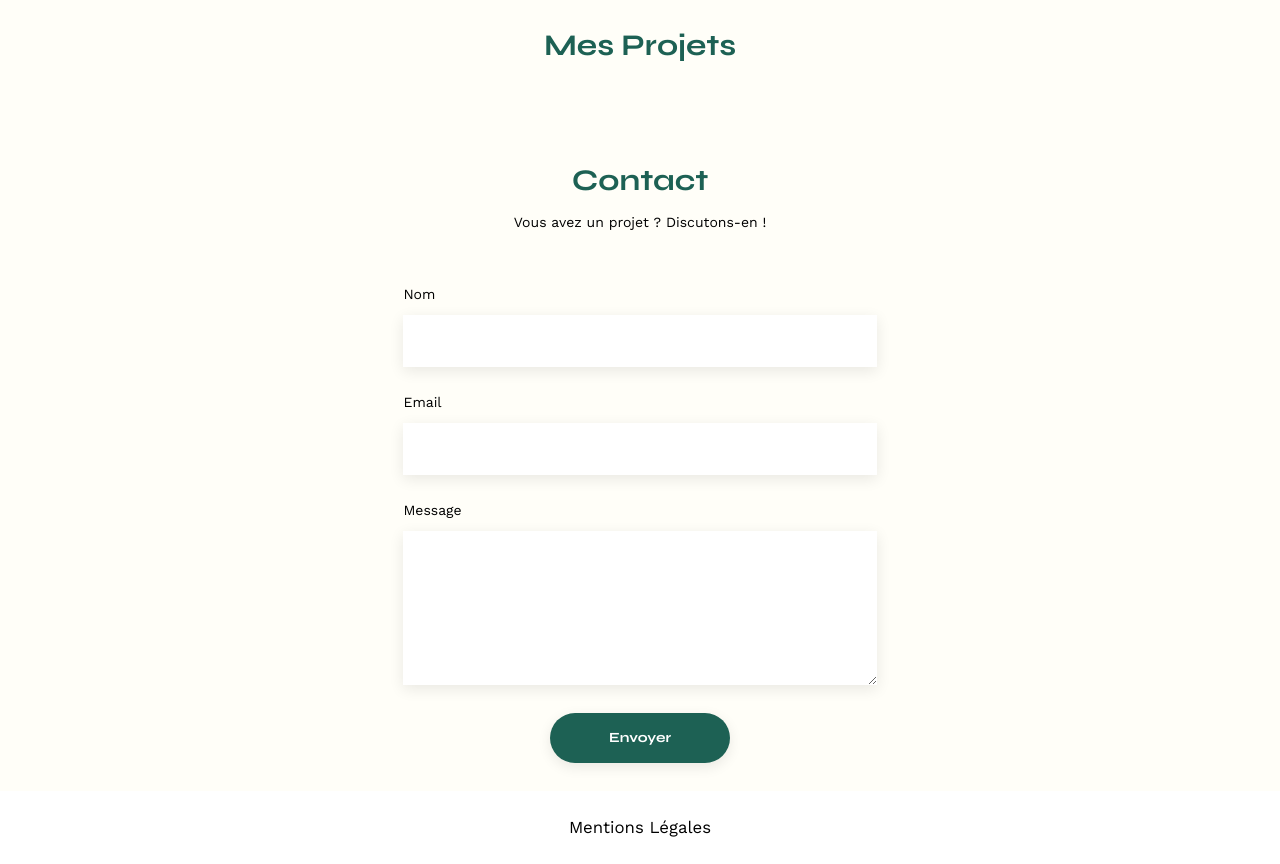
Repository: moopits/p6
Page: FrontEnd/index.html
The author's editor kept a copy of each file at every save. The page is drawn from the files as they stood at one save, then again after a run of saves.
The browser window is 1280 px wide. The pictures show the part of the page from y = 486 to 1350 px (the page is 1350 px tall).
A picture or video elsewhere on the page could not be fetched, so the positions and the page height are approximate. The page's requests for data from a server got no answer.

Above is the page before, as saved 2024-02-16 04:20:20.

### FrontEnd/index.html
<!DOCTYPE html>

<html lang="fr">

<head>
	<meta charset="UTF-8">
	<title>Sophie Bluel - Architecte d'intérieur - Index</title>
	<meta name="viewport" content="width=device-width, initial-scale=1.0">
	<link rel="preconnect" href="https://fonts.googleapis.com">
	<link rel="preconnect" href="https://fonts.gstatic.com" crossorigin>
	<link href="https://fonts.googleapis.com/css2?family=Syne:wght@700;800&family=Work+Sans&display=swap"
		rel="stylesheet">
	<link rel="icon" type="image/png" href="./assets/icons/instagram.png">
	<link rel="stylesheet" href="https://cdnjs.cloudflare.com/ajax/libs/font-awesome/6.5.1/css/all.min.css"
		integrity="sha512-DTOQO9RWCH3ppGqcWaEA1BIZOC6xxalwEsw9c2QQeAIftl+Vegovlnee1c9QX4TctnWMn13TZye+giMm8e2LwA=="
		crossorigin="anonymous" referrerpolicy="no-referrer">
	<meta name="description" content="">
	<link rel="stylesheet" href="./assets/style.css">
</head>

<body>
	<div id="index_html_bkg">
		<div class="setBlackAdmin showOn">
			<span class="fontSize16"><i class="fa-regular fa-pen-to-square"></i>Mode édition</span>
		</div>
		<div id='index_html_bkg_site'>

			<header class="setHeader">
				<div class="setTitleNav">
					<h1>Sophie Bluel <span>Architecte d'intérieur</span></h1>
					<nav>
						<ul>
							<li><a href="#portfolio">projets</a></li>
							<li><a href="#contact">contact</a></li>
							<li><a id="loginA" class="clic_l_logOut" href="./html/loginAdmin.html"
									target="_self">login</a></li>
							<li><img id="iconSize" src="./assets/icons/instagram.png" alt="Instagram"></li>
						</ul>
					</nav>
				</div>
			</header>
			<main id="mainCenter">
				<!--SECTION introduction/presentation-->
				<section id="introduction">
					<figure>
						<img src="./assets/images/sophie-bluel.png" alt="">
					</figure>
					<article>
						<h2>Designer d'espace</h2>
						<p>Je raconte votre histoire, je valorise vos idées. Je vous accompagne de la conception à la
							livraison
							finale du chantier.</p>
						<p>Chaque projet sera étudié en commun, de façon à mettre en valeur les volumes, les matières et
							les
							couleurs dans le respect de l’esprit des lieux et le choix adapté des matériaux. Le suivi du
							chantier sera assuré dans le souci du détail, le respect du planning et du budget.</p>
						<p>En cas de besoin, une équipe pluridisciplinaire peut-être constituée : architecte DPLG,
							décorateur(trice)</p>
					</article>
				</section>
				<!--SECTION affichage button & gallery-->
				<section id="portfolio">
					<div class="containerProjets">
						<h2>Mes Projets</h2>
						<span class="showOn">
							<i class="fa-regular fa-pen-to-square"></i>
							<button id="clic_b_modifier" class="decoButton fontSize14">modifier</button>
						</span>
					</div>
					<!--affichage button-->
					<div class="containerButtons">
					</div>
					<!--affichage gallery-->
					<div class="gallery showFigCaption">
					</div>
				</section>
				<!--SECTION FORMULAIRE CONTACT-->
				<section id="contact">
					<h2>Contact</h2>
					<p>Vous avez un projet ? Discutons-en !</p>
					<form action="#" method="">
						<label for="name">Nom</label>
						<input type="text" name="name" id="name" autocomplete="off">
						<label for="email">Email</label>
						<input type="email" name="email" id="email" autocomplete="off">
						<label for="message">Message</label>
						<textarea name="message" id="message" cols="30" rows="10"></textarea>
						<input type="submit" value="Envoyer">
					</form>
				</section>
				<!--FENETRE MODAL-->
				<dialog id="modal" class="modal">
					<div class="modal-main">
						<button id="modal-btn-arrow"><i class="fa-solid fa-arrow-left styleArw"></i></button>
						<!-- display NONE-->
						<button id="modal-btn-close"><i class="fa-solid fa-xmark sizeCls "></i></button>
						<h2>Galerie photo</h2> <!-- DOM modif-->
						<section id="modal-body">
							<div id="modal-section-div-1" class="gallery">
							</div>
							<div id="modal-section-div-2">
								<form id="sendWorkForm" class="style-form">
									<div class="modal-style-2">
										<i id="icon-img" class="fa-regular fa-image icon-img-size"></i>
										<label id="label-input-file" class="styleFontShape2" for="file-upload">+ Ajouter
											photo</label>
										<input id="file-upload" type="file">
										<img id="preview" alt="file uploaded">
										<span class="textSpanBtnGrey">jpg, png : 4mo max</span>
									</div>
									<label for="title">Titre</label>
									<input type="text" id="title" placeholder="Titre">
									<label for="select-option">Catégories</label>
									<select id="select-option">
									</select>
									<hr>
									<input id="modal-btn-valider" class="styleFontShape" type="submit" value="Valider">
								</form>
							</div>
							<!-- fin de formulaire modal 2-->
							<div id="display-btn-hr" class="display-btn-hr">
								<hr>
								<button id="modal-btn-ajouter" class="styleFontShape">Ajouter une photo</button>
							</div>
						</section>
					</div>
				</dialog>
				<!--FENETRE MODAL DELETE OUI/NON CONFIRME-->
				<dialog id="modalDialogBkgGrey">
					<div id="modalDialogBkgGrey_realModal">
						<h1 id="styleH1Dialog">Confirmer Suppression</h1>
						<div class="styleDivDialog">
							<button id="oui" class="styleButtDialog">oui</button>
							<button id="non" class="styleButtDialog non">non</button>
						</div>
					</div>
				</dialog>

				<!--<section id="modal2-form" class="modal2-form-display">
					<form id="sendWorkForm" action="http://localhost:5678/api/categories" method="post">
						<label for="name">Titre</label>
						<input type="text" name="nom" placeholder="Nnom du fichier">
						<select name="choix">
							<option value="1">choix 1</option>
							<option value="2">Choix 2</option>
							<option value="3">Choix 3</option>
						</select>
						<input type="submit" value="Valider">
					</form>
				</section>-->

			</main>
		</div>
	</div>

	<footer id="footerCenter">
		<nav class="footer-nav">
			<ul>
				<li>Mentions Légales</li>
			</ul>
		</nav>
	</footer>
	<script type="module" src="./js/index.js"></script>

</body>

</html>

### FrontEnd/assets/style.css
/* http://meyerweb.com/eric/tools/css/reset/
   v2.0 | 20110126
   License: none (public domain)
*/

html,
body,
div,
span,
applet,
object,
iframe,
h1,
h2,
h3,
h4,
h5,
h6,
p,
blockquote,
pre,
a,
abbr,
acronym,
address,
big,
cite,
code,
del,
dfn,
em,
img,
ins,
kbd,
q,
s,
samp,
small,
strike,
strong,
sub,
sup,
tt,
var,
b,
u,
i,
center,
dl,
dt,
dd,
ol,
ul,
li,
fieldset,
form,
label,
legend,
table,
caption,
tbody,
tfoot,
thead,
tr,
th,
td,
article,
aside,
canvas,
details,
embed,
figure,
figcaption,
footer,
header,
hgroup,
menu,
nav,
output,
ruby,
section,
summary,
time,
mark,
audio,
video {
	margin: 0;
	padding: 0;
	border: 0;
	font-size: 100%;
	font: inherit;
	vertical-align: baseline;
}

/* HTML5 display-role reset for older browsers */
article,
aside,
details,
figcaption,
figure,
footer,
header,
hgroup,
menu,
nav,
section {
	display: block;
}

body {
	line-height: 1;

}

ol,
ul {
	list-style: none;
}

blockquote,
q {
	quotes: none;
}

blockquote:before,
blockquote:after,
q:before,
q:after {
	content: '';
	content: none;
}

table {
	border-collapse: collapse;
	border-spacing: 0;
}

/** end reset css**/
body {
	/*max-width: 1140px;
	margin: auto;*/

	font-family: 'Work Sans';
	font-size: 14px;
	background-color: #FFFEF8;
}

header {
	display: flex;
	justify-content: space-between;
	padding: 50px 0;
}

section {
	margin: 50px 0
}

h1 {
	display: flex;
	flex-direction: column;
	font-family: 'Syne';
	font-size: 22px;
	font-weight: 800;
	color: #B1663C
}

h1>span {
	font-family: 'Work Sans';
	font-size: 10px;
	letter-spacing: 0.1em;
	;
}

h2 {
	font-family: 'Syne';
	font-weight: 700;
	font-size: 30px;
	color: #1D6154
}

nav ul {
	display: flex;
	align-items: center;
	list-style-type: none;

}

nav li {
	padding: 0 10px;
	font-size: 1.2em;
}

li:hover {
	color: #B1663C;
}

#introduction {
	display: flex;
	align-items: center;
}

#introduction figure {
	flex: 1
}

#introduction img {
	display: block;
	margin-right: auto;
	width: 80%;
}

#introduction article {
	flex: 1
}

#introduction h2 {
	margin-bottom: 1em;
}

#introduction p {
	margin-bottom: 0.5em;
}

#portfolio h2 {
	text-align: center;
	/*margin-bottom: 1em;*/
}

.gallery {
	width: 100%;
	display: grid;
	grid-template-columns: 1fr 1fr 1fr;
	grid-column-gap: 20px;
	grid-row-gap: 20px;
	/*background-color: #913636;*/
}

.gallery img {
	width: 100%;
	height: 100%;
	object-fit: cover;
}

.show-on-off {
	display: none;
	width: 100%;
	height: 100%;
	display: flex;
	flex-direction: column;
	justify-content: flex-start;
	/*background-color: #8b0505;*/
}



#contact {
	width: 50%;
	margin: auto;
}

#contact>* {
	text-align: center;

}

#contact h2 {
	margin-bottom: 20px;
}

#contact form {
	text-align: left;
	margin-top: 30px;
	display: flex;
	flex-direction: column;
}

#contact input {
	height: 50px;
	/*font-size: 1.2em;*/
	border: none;
	box-shadow: 0px 4px 14px rgba(0, 0, 0, 0.09);
}

#contact label {
	margin: 2em 0 1em 0;
}

#contact textarea {
	border: none;
	box-shadow: 0px 4px 14px rgba(0, 0, 0, 0.09);
}

input[type="submit"] {
	font-family: 'Syne';
	font-weight: 700;
	font-size: 14px;
	line-height: 17px;
	letter-spacing: 0em;
	color: white;
	background-color: #1D6154;
	margin: 2em auto;
	width: 180px;
	text-align: center;
	border-radius: 60px;
}

footer nav ul {
	background-color: #ffffff;
	display: flex;
	justify-content: flex-end;
	padding: 2em;
}

/* NEW */
#portfolio .containerButtons {
	width: 100%;
	height: auto;
	margin-left: auto;
	margin-right: auto;
	margin-bottom: 25px;
	/*border: 1px solid red;*/
	/* pour visualisation */
	display: flex;
	justify-content: center;
	align-items: center;
	flex-wrap: wrap;
}

.containerButtons .styleFont {
	/*font-family: 'Syne';
	font-weight: 700;
	font-size: 1.2em;*/
	color: #1D6154;
	font-family: Syne;
	font-size: 16px;
	font-weight: 700;
	line-height: 19px;
	letter-spacing: 0em;
}

.containerButtons .styleShape {
	background-color: #ffffff;
	border: 1px solid #1D6154;
	width: auto;
	padding-left: 1em;
	padding-right: 1em;
	padding-bottom: 0.4em;
	padding-top: 0.4em;
	margin-left: 10px;
	margin-right: 10px;
	margin-bottom: 10px;
	text-align: center;
	border-radius: 60px;
}

.styleShape:hover {
	background-color: #1D6154;
	color: white;
	cursor: pointer;
}

/* FILTER color button ON-OFF */
.containerButtons .filter-active {
	background-color: #1D6154;
	color: white;
}

.containerButtons .filter-no-active {
	background-color: #1D6154;
	color: white;
}

.info-window {
	position: absolute;
	top: 50%;
	left: 50%;
	transform: translate(-50%, -50%);
	background-color: #ffffff;
	padding: 10px;
	border-radius: 5px;
}

.info-window>span {
	font-size: 16px;
	font-weight: bold;
	color: green;
}

header nav a {
	/*text-decoration: none;*/
	all: unset;
	cursor: pointer;
}

/* body {
	box-sizing: border-box;
	padding: 0px;
	margin: 0px;
	display: flex;
	justify-content: center;
	align-items: center;
  }*/

#index_html_bkg {
	background-color: #FFFEF8;
	width: 100%;
	height: min-content;
	/*border:  2px solid red;*/
	/*box-sizing: border-box;
	padding: 0px;
	margin: 0px;*/
}

#index_html_bkg_site {
	background-color: #FFFEF8;
	max-width: 1140px;
	margin: auto;
	height: min-content;
	/*box-sizing: border-box;
	padding: 0px;
	margin: 0px;*/
}

#loginAdmin_html {
	background: #FFFEF8;
	width: 100%;
	height: min-content;
}

#bkg_header {
	background-color: #ffffff;
}

#mainCenter {
	width: 83%;
	margin: auto;
}

#footerCenter {
	width: 100%;
	margin: auto;
	background-color: white;
    display: flex;
	justify-content: center;
	align-items: center;

}

.footer-nav {
	width: 1440px;
    display: flex;
    justify-content: space-around;
    align-items: center;
}

#containerDiv_a {
	padding-bottom: 400px;
}

#color {
	color: black;
}

#underline {
	display: block;
	text-align: inherit;
}

input[type="submit"] {
	cursor: pointer;
}

#logInForm {
	width: 50%;
	margin: auto;
}

#weigthFont {
	font-weight: 600;
}

#iconSize {
	width: 22px;
	height: 22px;
}

.fontSize16 {
	font-family: Work Sans;
	font-size: 16px;
	font-weight: 400;
	color: #ffffff;
}

.fontSize14 {
	font-family: Work Sans;
	font-size: 14px;
	font-weight: 400;
	color: #000000;
}

.containerProjets {
	width: 100%;
	height: 100%;
	display: flex;
	justify-content: center;
	align-items: center;
	margin-bottom: 30px;
}

.fa-regular {
	margin-left: 25px;
	margin-right: 7px;
	font-size: 15px;
}

.displayButtonLogOut {
	display: none;
}

.setBlackAdmin {
	width: 100%;
	height: 50px;
	display: flex;
	justify-content: center;
	align-items: center;
	background-color: black;
}

.setHeader {
	display: flex;
	flex-direction: column;
}

.setTitleNav {
	display: flex;
	justify-content: space-between;
}

.showOn {
	display: none;
}

.decoButton {
	border: none;
	background-color: transparent;
	cursor: pointer;
}

/** Modal **/
.modal {
	left: 0;
	top: 0;
	width: 100%;
	height: 100%;
	position: fixed;
	overflow: auto;
	z-index: 1;
	background-color: rgba(0, 0, 0, 0.3);
	display: none;
}

.modal-main {
	border-radius: 5px;
	width: 630px;
	display: flex;
	flex-direction: column;
	align-items: center;
	justify-content: space-between;
	padding-bottom: 35px;
	margin-top: 100px;
	margin-bottom: 100px;
	margin-left: auto;
	margin-right: auto;
	position: relative;
	background-color: white;
}

#modal-btn-close {
	/* button close */
	position: absolute;
	top: 20px;
	right: 20px;
	border: none;
	background-color: transparent;
	cursor: pointer;
	height: auto;
	width: auto;
	padding: 0px;
	/*background-color: transparent;*/
	/*color: black;*/
	/*display: flex;
	align-items: center;
	justify-content: center;*/
	/*font-weight: 600;
	font-size: large;*/
}

.modal-main h2 {
	font-family: 'Work Sans';
	font-weight: 400;
	font-size: 26px;
	line-height: 30px;
	color: black;
	margin-top: 60px;
}

.modal .gallery {
	margin-top: 0px;
	margin-left: auto;
	margin-right: auto;
	padding-bottom: 0px;
	margin-bottom: 0px;
	display: grid;
	grid-template-columns: 80px 80px 80px 80px 80px;
	grid-column-gap: 10px;
	grid-row-gap: 20px;
	width: auto;
	/*border-bottom: 1px solid rgb(0, 0, 0);*/
}

/* position icon TRASH-CAN fentre modal */
.div-absolute {
	position: absolute;
	z-index: 20;
	top: 5px;
	right: 5px;
	width: 17px;
	height: 17px;
	border-radius: 2px;
	border: 0px;
	background-color: #000000;
	display: flex;
	justify-content: center;
	align-items: center;
}

.setRelative {
	position: relative;
}

.fa-solid {
	color: #ffffff;
	font-size: 11px;
}

.center {
	display: flex;
	justify-content: center;
	align-items: center;
}

/* style button modal */
.styleFontShape {
	font-family: 'Syne';
	font-size: 14px;
	font-weight: 700;
	line-height: 17px;
	letter-spacing: 0em;
	color: #1D6154;
	background-color: #ffffff;
	border: 1px solid #1D6154;
	width: auto;
	padding-left: 1em;
	padding-right: 1em;
	padding-bottom: 0.4em;
	padding-top: 0.4em;
	margin-top: 20px;
	margin-left: 10px;
	margin-right: 10px;
	margin-bottom: 10px;
	text-align: center;
	border-radius: 60px;
}

.styleFontShape:hover {
	background-color: #1D6154;
	color: white;
	cursor: pointer;
}

.styleFontShape2 {
	color: #306685;
	background-color: #A7A7A7;
	border: 1px solid #A7A7A7;
	font-family: 'Work Sans';
	font-weight: 500;
	font-size: 14px;
	line-height: 16px;
	letter-spacing: 0em;
	width: auto;
	padding-left: 1em;
	padding-right: 1em;
	padding-bottom: 0.4em;
	padding-top: 0.4em;
	margin-top: 10px;
	margin-left: 10px;
	margin-right: 10px;
	margin-bottom: 10px;
	text-align: center;
	border-radius: 60px;
}

.styleFontShape2:hover {
	background-color: #A7A7A7;
	color: #ffffff;
	cursor: pointer;
}

.styleFontShape3 {
	color: #ffffff;
	background-color: #A7A7A7;
	border: 1px solid #A7A7A7;
	font-family: 'Syne';
	font-weight: 700;
	font-size: 14px;
	line-height: 16px;
	letter-spacing: 0em;
	width: auto;
	padding-left: 70px;
	padding-right: 70px;
	padding-bottom: 0.4em;
	padding-top: 0.4em;
	margin-top: 10px;
	margin-left: 10px;
	margin-right: 10px;
	margin-bottom: 10px;
	text-align: center;
	border-radius: 60px;
}

.styleFontShape3:hover {
	background-color: #A7A7A7;
	color: #ffffff;
}

/************* modal oui/non *************/


.modal-header {
	padding: 10px;
}

.modal-body {
	padding: 10px;
}

.modal-footer {
	padding: 10px;
	text-align: right;
}

.btn {
	padding: 10px 20px;
	border-radius: 5px;
}

.btn-primary {
	background-color: #007bff;
	color: #fff;
}

.btn-secondary {
	background-color: #999;
	color: #fff;
}

/************ fin modal oui/non ***********/
#modalDialogBkgGrey {
	/* shape container dialog */
	left: 0;
	top: 0;
	width: 100%;
	height: 100%;
	margin: 0px;
	padding: 0px;
	position: fixed;
	overflow: auto;
	z-index: 10;
	background-color: rgba(0, 0, 0, 0.3);
}

#modalDialogBkgGrey_realModal {
	box-sizing: border-box;
	width: 140px;
	height: 100px;
	margin-left: auto;
	margin-right: auto;
	margin-top: 100px;
	border-radius: 5px;
	background-color: rgba(255, 255, 255, 1);
	border: 1px solid #1D6154;
	z-index: 100;
	display: flex;
	flex-direction: column;
	justify-content: center;
	align-items: center;


	/*box-shadow: #000000;*/
}

#styleH1Dialog {
	text-align: center;
	margin-top: 10px;
	margin-bottom: 10px;
	font-family: Work Sans;
	font-size: 14px;
	font-weight: 800;
	color: #8b0505;
}

.styleDivDialog {
	/* container button OUI/NON */
	width: 100%;
	height: 100%;
	display: flex;
	justify-content: space-evenly;
	align-items: center;
}

.styleButtDialog {
	font-family: 'Syne';
	font-weight: 400;
	font-size: 10px;
	color: #1D6154;
	background-color: #ffffff;
	border: 1px solid #1D6154;
	width: auto;
	padding-left: 1em;
	padding-right: 1em;
	padding-bottom: 0.4em;
	padding-top: 0.4em;
	/*margin-left: 10px;
		margin-right: 10px;
		margin-bottom: 10px;
		margin-top: 10px;*/
	text-align: center;
	border-radius: 60px;
}

.styleButtDialog:hover {
	background-color: #1D6154;
	color: white;
	cursor: pointer;
}

#modal-btn-arrow {
	/* button arrow */
	position: absolute;
	top: 20px;
	left: 20px;
	border: none;
	background-color: transparent;
	cursor: pointer;
	height: auto;
	width: auto;
	display: none;
	/* inline-block; -> modal 2 */
	padding: 0px;
	/*background-color: transparent;*/
	/*color: black;*/
	/*display: flex;
	align-items: center;
	justify-content: center;*/
	/*font-weight: 600;
	font-size: 30px;*/
}

.sizeCls {
	font-size: 17px;
	margin-top: 0px;
}

.styleArw {
	font-size: 20px;
}

.modal-main #modal-btn-arrow i,
.modal-main #modal-btn-close i {
	color: #000000;
}

.modal-main .modal-style {
	/* style modal 2 */
	width: 100%;
	height: 169px;
	margin: 0px 0px 5px;
	background-color: #E8F1F6;
	/* a enlever */
	border-radius: 3px;
	display: flex;
	justify-content: center;
	align-items: center;
	/*margin-top: 50px;
	margin-left: auto;
	margin-right: auto;
	padding-bottom: 50px;
	margin-bottom: 30px;*/
	/*border-bottom: 1px solid rgba(179, 179, 179, 1);*/
}

.modal-main .modal-style-2 {
	/* style modal 2 */
	width: 100%;
	height: fit-content;
	background-color: #E8F1F6;
	/* a enlever */
	display: flex;
	flex-direction: column;
	justify-content: center;
	align-items: center;
	/*margin-top: 50px;
	margin-left: auto;
	margin-right: auto;
	padding-bottom: 50px;
	margin-bottom: 30px;*/
	/*border-bottom: 1px solid rgba(179, 179, 179, 1);*/
}

.modal-main .modal-style .modal-style-2 i {
	color: #B9C5CC;
}

.icon-img-size {
	font-size: 67px;
	padding: 0px;
	margin: 0px;
	color: #B9C5CC;
}

.modal-1-display {
	display: inline-block;
}

.modal-2-display {
	display: none;
}

#modal-body {
	width: 440px;
	display: flex;
	flex-direction: column;
	justify-content: center;
	align-items: center;
}

#modal-section-div-2 {
	width: 100%;
	height: fit-content;
	margin-top: 0px;
	display: flex;
	flex-direction: column;
	justify-content: center;
	align-items: center;
	/*background-color: #B1663C;*/
}

#modal-section-div-2 hr {
	width: 100%;
	border: none;
	border-top: 1px solid #000;
	/* Couleur de la ligne (noir dans cet exemple) */
	margin: 20px 0 20px;
}

.btn-color-grey-modal-2 {
	font-family: 'Work Sans';
	font-weight: 500;
	font-size: 14px;
	line-height: 16px;
	letter-spacing: 0em;
	text-align: center;
	color: #306685;
	background-color: #CBD6DC;
	border-color: #CBD6DC;
}

.btn-color-grey-modal-2:hover {
	color: #306685;
	background-color: #CBD6DC;
	border-color: #CBD6DC;
}

.textSpanBtnGrey {
	font-family: Work Sans;
	font-weight: 400;
	font-size: 10px;
	line-height: 12px;
	letter-spacing: 0em;
	text-align: center;
	color: #444444;
	margin-top: 0px;
	margin-bottom: 0px;
	padding-bottom: 10px;
}

.style-form {
	width: 100%;
	height: 100%;
	text-align: left;
	margin-top: 30px;
	margin-left: auto;
	margin-right: auto;
	display: flex;
	flex-direction: column;
	/*justify-content: center;
	align-items: center;*/
}

.style-form input,
.style-form select {
	/*height: 1.2rem;*/
	/*font-size: 1.2em;*/
	border: none;
	box-shadow: 0px 4px 14px rgba(0, 0, 0, 0.09);
	font-family: Work Sans;
	font-size: 14px;
	font-weight: 400;
	line-height: 16px;
	letter-spacing: 0em;
	height: 52px;
}

.style-form select {
	margin-bottom: 20px;
}


.style-form label {
	margin: 2em 0 1em 0;
	font-family: Work Sans;
	font-size: 14px;
	font-weight: 500;
	line-height: 16px;
	letter-spacing: 0em;
}

.display-btn-hr {
	width: 100%;
	height: 100%;
	text-align: center;
}

.select-option-form {
	text-align: left;
	margin-top: 30px;
	display: flex;
	flex-direction: column;
}

input[type="file"] {
	display: none;
}

.modal-style-2 img {
	display: none;
	height: 169px;
	width: 200px;
	object-fit: cover;
}

.footer-nav {
}

### FrontEnd/js/components/domLinker.js

// get div element where figure element will be as child, with class='gallery'
export const gallery = document.querySelector('.gallery')
console.log(gallery)
// get div element where button element will be as child, with class='containerButtons'
export const filterContainer = document.querySelector(".containerButtons")
console.log(filterContainer)


export const loginA = document.getElementById('loginA')

/*** LOGIN ***/
export const email = document.querySelector('#email')
export const password = document.querySelector('#password')
export const formLogIn = document.querySelector('#mainCenter #logInForm')

/*** MODAL ***/
export const modal = document.getElementById('modal')
export const modalBody = document.getElementById('modal-body')
export const modalBtnClose = document.getElementById('modal-btn-close')
// bouton AJOUTER modal 2
export const modalBtnAjouter = document.getElementById('modal-btn-ajouter')
// fleche retour modal 1
export const modalBtnArrow = document.getElementById('modal-btn-arrow')
export const galleryModal = document.querySelector('.modal .gallery')
export const modalSection2 = document.getElementById('modal-section-div-2')
export const containerBtnAdd = document.getElementById('display-btn-hr')
// select category
export const selectCategory = document.getElementById('select-option')
// input type file
export const inputFile = document.getElementById('file-upload')
export const iconImg = document.getElementById('icon-img')
export const labelInputFile = document.getElementById('label-input-file')
export const textSpanBtnGrey = document.querySelector('.textSpanBtnGrey')
export const preview = document.getElementById('preview')
export const titleInput = document.getElementById('title')
export const btnValidateAddPhoto = document.getElementById('modal-btn-valider')
export const formAddPhoto = document.getElementById('sendWorkForm')

Loaded but not shown: FrontEnd/js/index.js (249 lines, source omitted); FrontEnd/js/components/modal.js (128 lines, source omitted); FrontEnd/js/components/api.js (88 lines, source omitted)

After the next 2 saves:
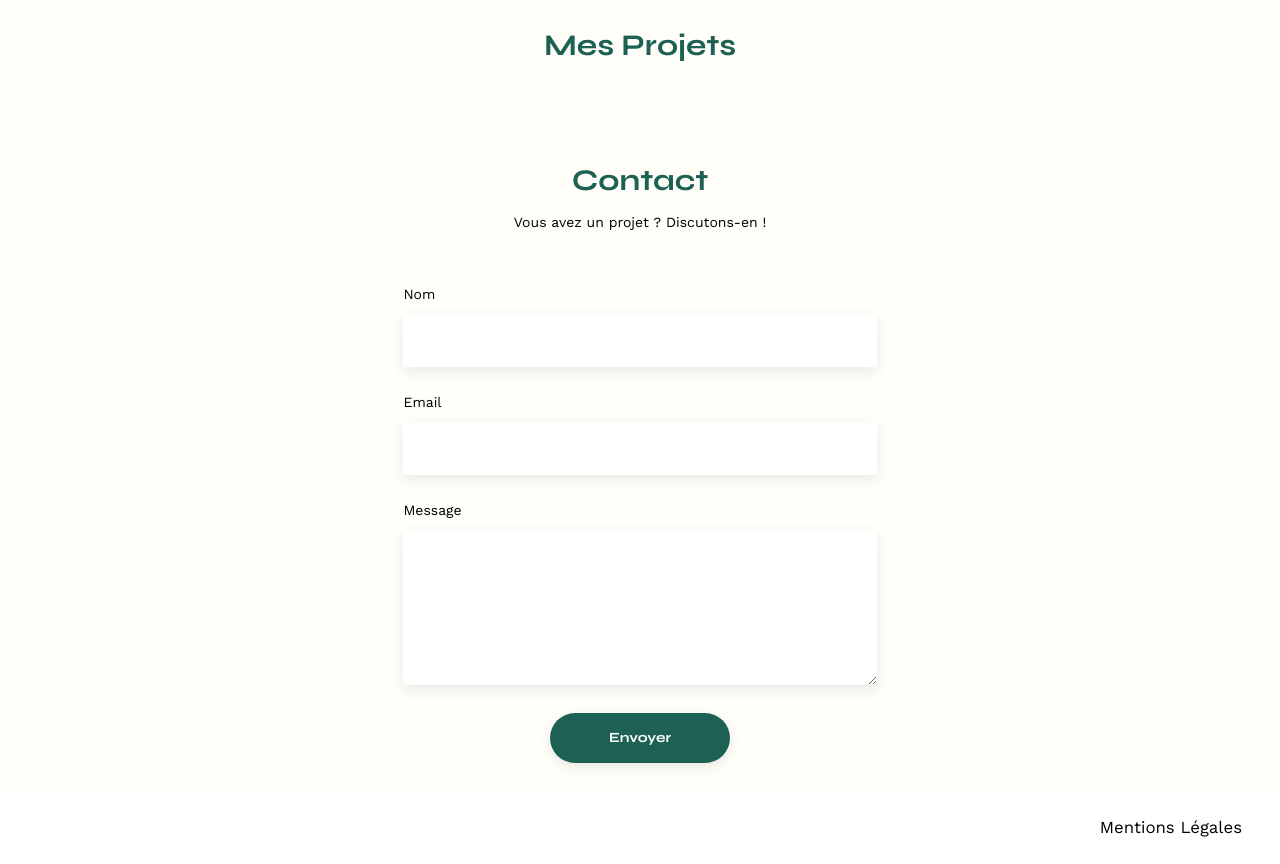
The 2 saves are shown as one change because they came seconds apart.
The last was saved 15 s later.
--- a/FrontEnd/assets/style.css
+++ b/FrontEnd/assets/style.css
@@ -449,7 +449,7 @@ header nav a {
 .footer-nav {
 	width: 1440px;
     display: flex;
-    justify-content: space-around;
+    justify-content: end;
     align-items: center;
 }
 
